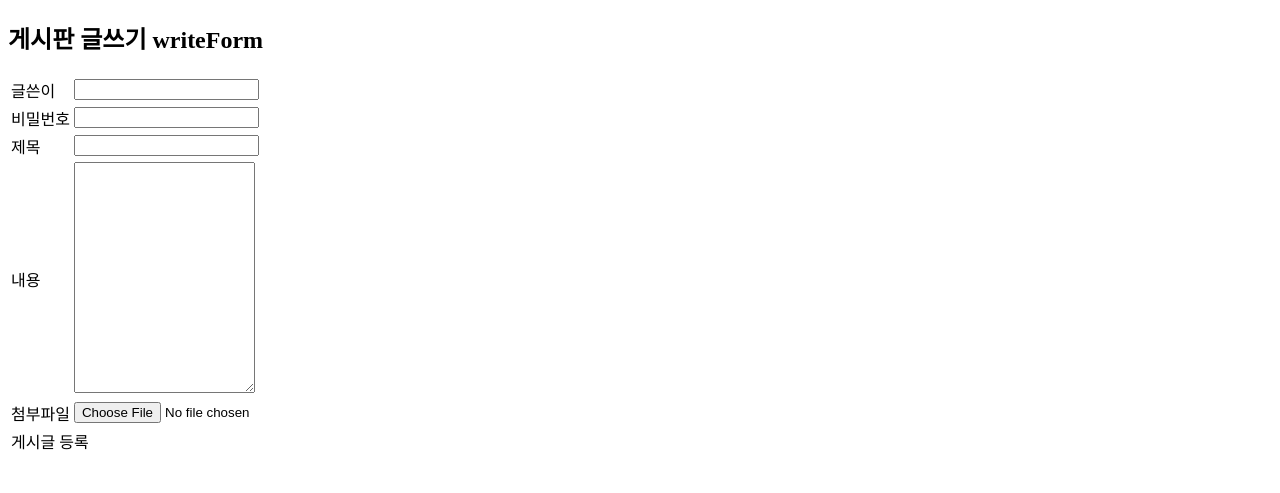
Repository: dongcmd/dong_jsp
Page: http://localhost/model2Study/view/board/writeForm.jsp
An editor plug-in stored every save of this project. The page is shown before and after the next save, followed by the edit.
The browser window is 1280 px wide. The pictures show the whole page.
The page is served by Tomcat 9. Other server files are loaded and not shown.

Above is the page before, as saved 2025-04-17 00:40:49.

### model2Study/src/main/webapp/view/board/writeForm.jsp
<%@ page language="java" contentType="text/html; charset=UTF-8"
    pageEncoding="UTF-8"%>
<%-- /webapp/biew/board/writeForm.jsp --%>
<!DOCTYPE html>
<html>
<head>
<meta charset="UTF-8">
<title>게시글 등록</title>
</head>
<body>
	<form action="write" method="post" enctype="multipart/form-data" name="f">
		<h2 class="text-center">게시판 글쓰기 writeForm</h2>
		<table class="table">
			<tr><td>글쓴이</td>
					<td><input name="writer" class="form-control"></td></tr>
			<tr><td>비밀번호</td>
					<td><input type="password" name="pass" class="form-control"></td></tr>
			<tr><td>제목</td>
					<td><input name="title" class="form-control"></td></tr>
			<tr><td>내용</td>
					<td><textarea rows="15" name="content" class="form-control" id="content"></textarea>
			<tr><td>첨부파일</td>
					<td><input type="file" name="file1"></td></tr>
			<tr><td colspan="2">게시글 등록</td>
		</table>
	</form>
</body>
</html>

After the next save:
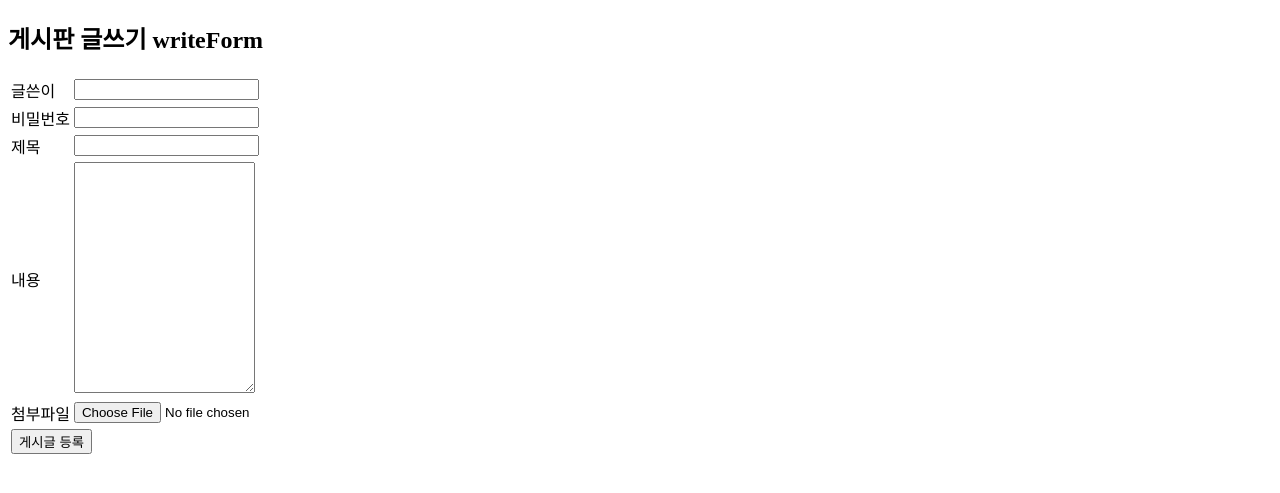
Saved 18 s later.
--- a/model2Study/src/main/webapp/view/board/writeForm.jsp
+++ b/model2Study/src/main/webapp/view/board/writeForm.jsp
@@ -21,7 +21,7 @@
 					<td><textarea rows="15" name="content" class="form-control" id="content"></textarea>
 			<tr><td>첨부파일</td>
 					<td><input type="file" name="file1"></td></tr>
-			<tr><td colspan="2">게시글 등록</td>
+			<tr><td colspan="2"><button>게시글 등록</button></td>
 		</table>
 	</form>
 </body>
